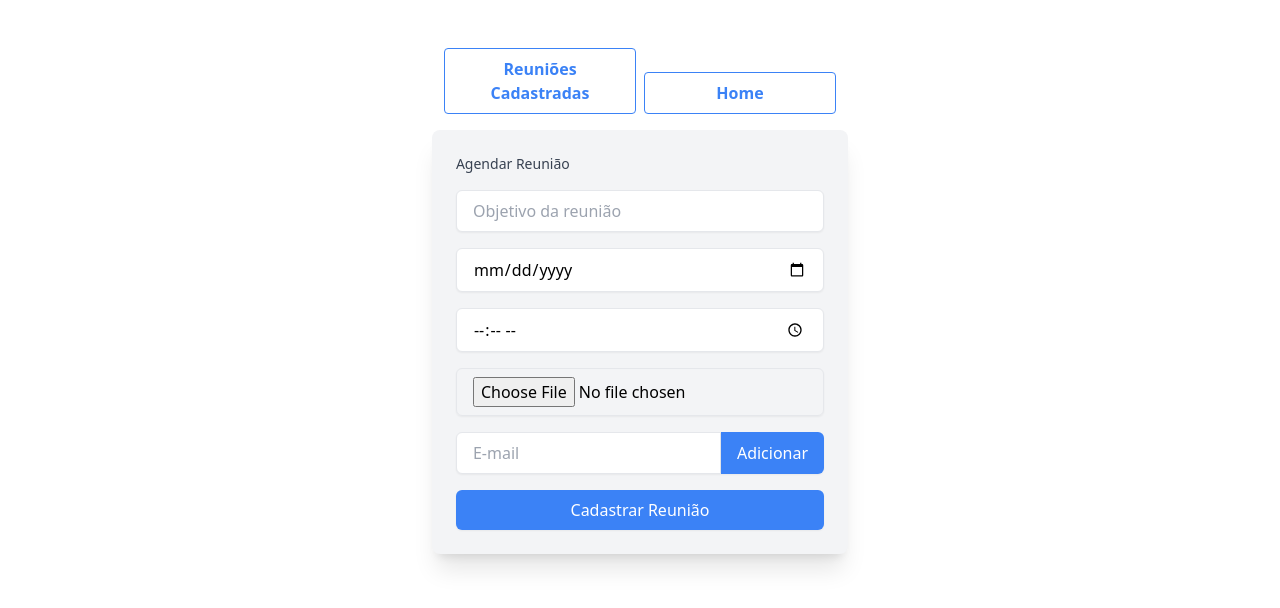
Repository: TamiBeira/meeting
Page: /form
An editor plug-in stored every save of this project. The page is shown before and after the next save, followed by the edit.
The browser window is 1280 px wide. The pictures show the whole page.
The project was rebuilt for these pictures with package versions that can differ from the ones it lists, and the page was loaded fresh each time. Also part of the build but not shown: vite.config.ts, src/contexts/MeetingsContext.tsx, src/components/MeetingsView.tsx, src/components/HomePage.tsx.

Above is the page before, as saved 2024-02-26 23:53:27.

After the next save:
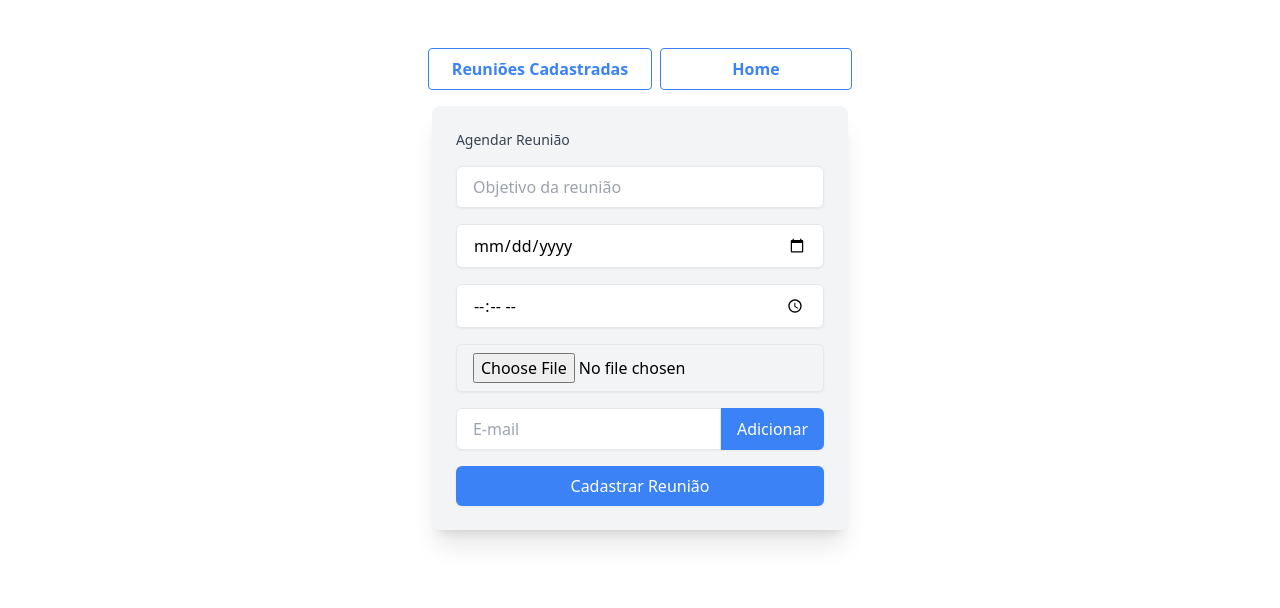
Saved 12 s later.
--- a/src/components/Form.tsx
+++ b/src/components/Form.tsx
@@ -22,7 +22,7 @@ export const Form = () => {
   return (
     <main className="flex flex-col items-center mt-8">
       <div className="mt-4 mb-4">
-        <Link to="/meetings" className="w-48 inline-block text-center border border-solid border-blue-500 text-blue-500 font-bold mr-2 px-4 py-2 rounded">Reuniões Cadastradas</Link>
+        <Link to="/meetings" className="w-56 inline-block text-center border border-solid border-blue-500 text-blue-500 font-bold mr-2 px-4 py-2 rounded">Reuniões Cadastradas</Link>
         <Link to="/" className="w-48 inline-block text-center border border-solid border-blue-500 text-blue-500 font-bold px-4 py-2 rounded">Home</Link>
       </div>
       <div className="mx-auto max-w-md p-6 bg-gray-100 rounded-lg shadow-xl">
